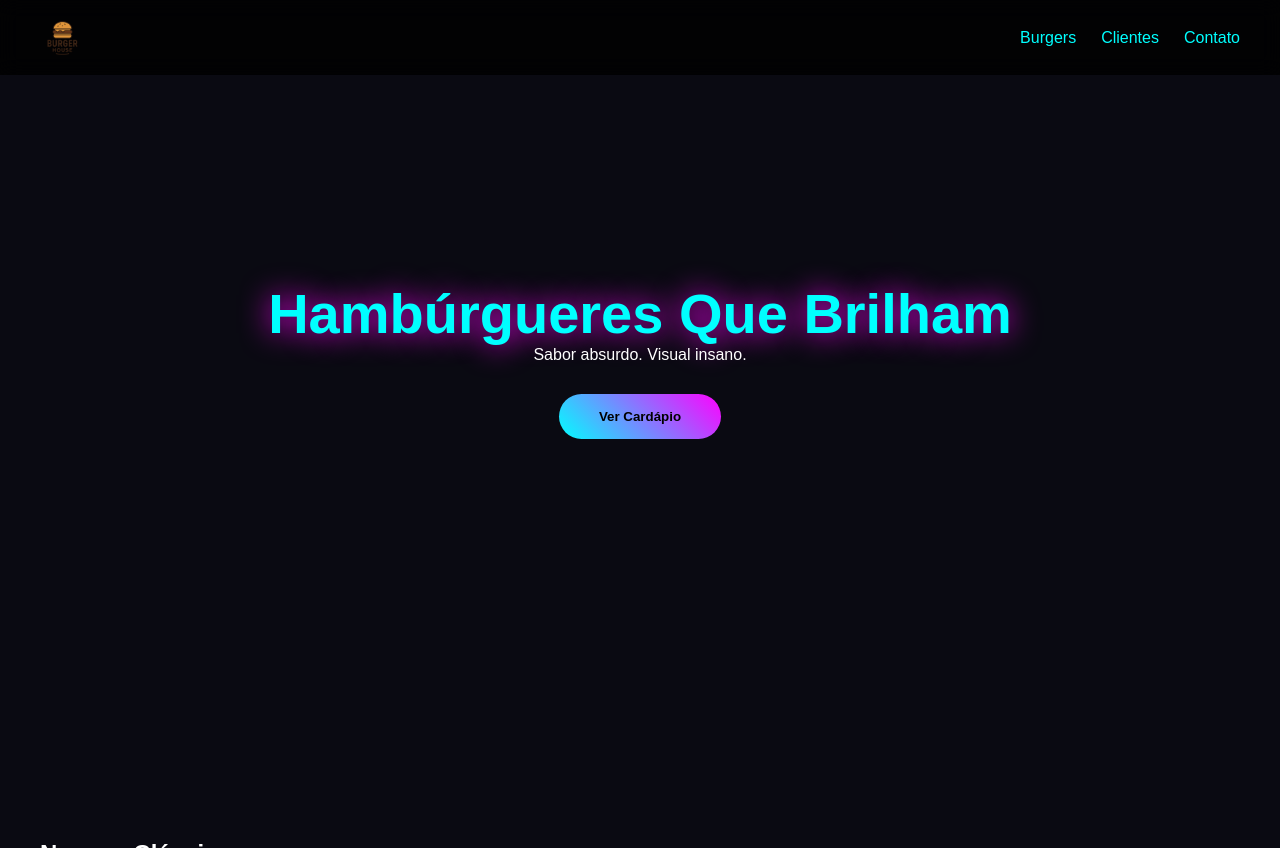
Repository: Sandro1969-tech/burgerstation
Page: index.html
The author's editor kept a copy of each file at every save. The page is drawn from the files as they stood at one save, then again after the next save.
The browser window is 1280 px wide. The pictures show the part of the page from y = 0 to 848 px (the page is 2074 px tall).
A picture or video elsewhere on the page could not be fetched, so the positions and the page height are approximate.

Above is the page before, as saved 2026-02-09 18:08:22.
Not found: script.js

### index.html
<!DOCTYPE html>
<html lang="pt-BR">
<head>
  <meta charset="UTF-8">
  <title>Hambúrguer Neon</title>
  <meta name="viewport" content="width=device-width, initial-scale=1.0">
  <link rel="icon" href="assets/image/icon.png">
  <link rel="stylesheet" href="style.css">
</head>
<body>

<header>
  <nav class="navbar">
    <img src="assets/image/logo.png" class="logo">
    <ul class="menu">
      <li><a href="#galeria">Burgers</a></li>
      <li><a href="#depoimentos">Clientes</a></li>
      <li><a href="#contato">Contato</a></li>
    </ul>
  </nav>
</header>

<section class="hero">
  <h1 class="neon">Hambúrgueres Que Brilham</h1>
  <p>Sabor absurdo. Visual insano.</p>
  <button class="btn">Ver Cardápio</button>
</section>

<section id="galeria" class="galeria">
  <h2>Nossos Clássicos</h2>

  <div class="grid">

    <div class="item">
      <img src="assets/burger1.jpg">
      <span>Carne suculenta que derrete na boca</span>
    </div>

    <div class="item">
      <img src="assets/burger2.jpg">
      <span>Pão macio com crocância perfeita</span>
    </div>

    <div class="item">
      <img src="assets/burger3.jpg">
      <span>Queijo escorrendo no ponto certo</span>
    </div>

    <div class="item">
      <img src="assets/burger4.jpg">
      <span>Explosão de sabor a cada mordida</span>
    </div>

    <div class="item">
      <img src="assets/burger5.jpg">
      <span>Equilíbrio perfeito entre ingredientes</span>
    </div>

    <div class="item">
      <img src="assets/burger6.jpg">
      <span>O hambúrguer que redefine o padrão</span>
    </div>

  </div>
</section>

<section id="depoimentos" class="depoimentos">
  <h2>Quem provou, aprovou</h2>

  <div class="card">
    <p>"O melhor hambúrguer que já comi na vida."</p>
    <span>— Cliente Real</span>
  </div>

  <div class="card">
    <p>"Visual incrível e sabor surreal."</p>
    <span>— Fã de Burger</span>
  </div>
</section>

<footer id="contato">
  <p>© 2026 • Hambúrguer Neon • Todos os direitos reservados</p>
</footer>

<script src="script.js"></script>
</body>
</html>

### style.css
* {
  margin: 0;
  padding: 0;
  box-sizing: border-box;
  font-family: Arial, Helvetica, sans-serif;
}

body {
  background: #0a0a12;
  color: #fff;
}

header {
  position: fixed;
  width: 100%;
  background: rgba(0,0,0,0.8);
  backdrop-filter: blur(10px);
  z-index: 100;
}

.navbar {
  display: flex;
  justify-content: space-between;
  align-items: center;
  padding: 15px 40px;
}

.logo {
  height: 45px;
}

.menu {
  list-style: none;
  display: flex;
  gap: 25px;
}

.menu a {
  color: #0ff;
  text-decoration: none;
  transition: 0.3s;
}

.menu a:hover {
  color: #ff00ff;
}

.hero {
  height: 100vh;
  display: flex;
  flex-direction: column;
  justify-content: center;
  align-items: center;
  text-align: center;
}

.neon {
  font-size: 3.5rem;
  color: #0ff;
  text-shadow: 0 0 10px #0ff, 0 0 25px #f0f;
  animation: pulse 2s infinite;
}

@keyframes pulse {
  0% { text-shadow: 0 0 10px #0ff; }
  50% { text-shadow: 0 0 30px #ff00ff; }
  100% { text-shadow: 0 0 10px #0ff; }
}

.btn {
  margin-top: 30px;
  padding: 15px 40px;
  border-radius: 40px;
  border: none;
  cursor: pointer;
  background: linear-gradient(45deg, #0ff, #ff00ff);
  font-weight: bold;
  transition: 0.3s;
}

.btn:hover {
  transform: translateY(-6px) scale(1.05);
}

.galeria {
  padding: 120px 40px;
}

.grid {
  display: grid;
  grid-template-columns: repeat(3, 1fr);
  gap: 25px;
}

.item {
  position: relative;
  overflow: hidden;
  border-radius: 15px;
}

.item img {
  width: 100%;
  transition: 0.4s;
}

.item span {
  position: absolute;
  bottom: 0;
  width: 100%;
  padding: 15px;
  background: rgba(0,0,0,0.7);
  text-align: center;
  transform: translateY(100%);
  transition: 0.4s;
}

.item:hover img {
  transform: scale(1.1);
}

.item:hover span {
  transform: translateY(0);
}

.depoimentos {
  background: #111;
  padding: 80px 40px;
}

.card {
  background: #1c1c2b;
  padding: 25px;
  margin-top: 20px;
  border-left: 4px solid #0ff;
}

footer {
  background: #000;
  padding: 30px;
  text-align: center;
}

/* Tablet */
@media (max-width: 900px) {
  .grid {
    grid-template-columns: repeat(2, 1fr);
  }

  .neon {
    font-size: 2.5rem;
  }
}

After the next save:
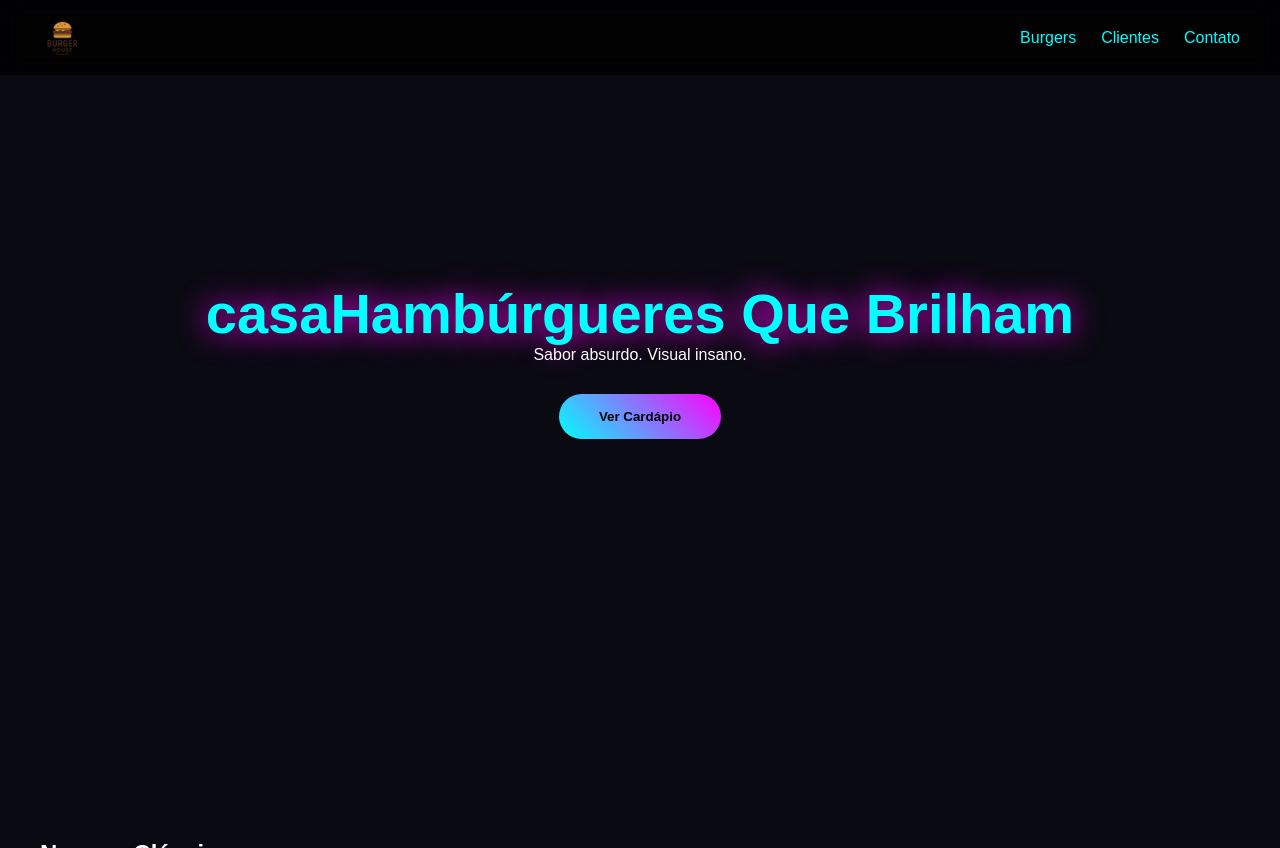
Saved 4 min 11 s later.
--- a/index.html
+++ b/index.html
@@ -21,7 +21,7 @@
 </header>
 
 <section class="hero">
-  <h1 class="neon">Hambúrgueres Que Brilham</h1>
+  <h1 class="neon">casaHambúrgueres Que Brilham</h1>
   <p>Sabor absurdo. Visual insano.</p>
   <button class="btn">Ver Cardápio</button>
 </section>

After the save that followed:
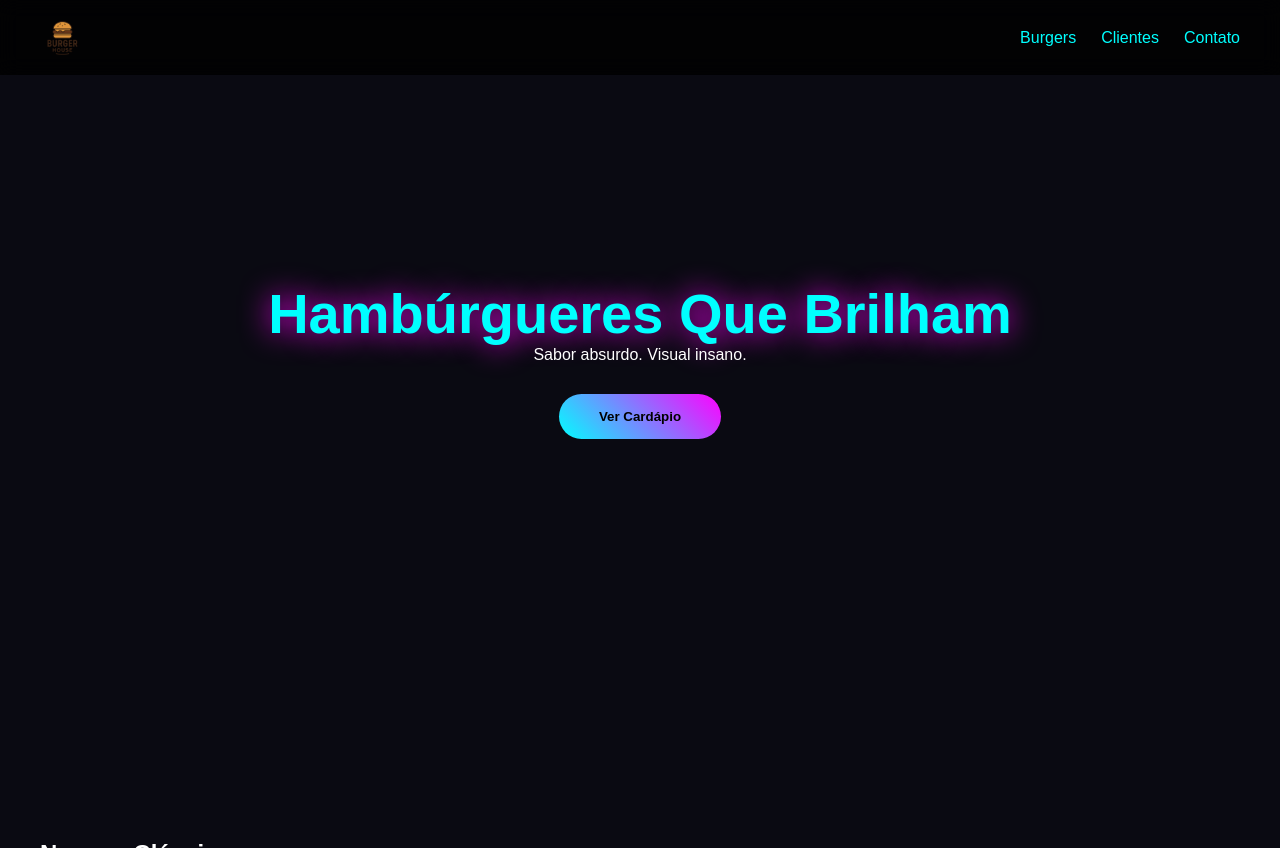
Saved 4 s later.
--- a/index.html
+++ b/index.html
@@ -21,7 +21,7 @@
 </header>
 
 <section class="hero">
-  <h1 class="neon">casaHambúrgueres Que Brilham</h1>
+  <h1 class="neon">Hambúrgueres Que Brilham</h1>
   <p>Sabor absurdo. Visual insano.</p>
   <button class="btn">Ver Cardápio</button>
 </section>
